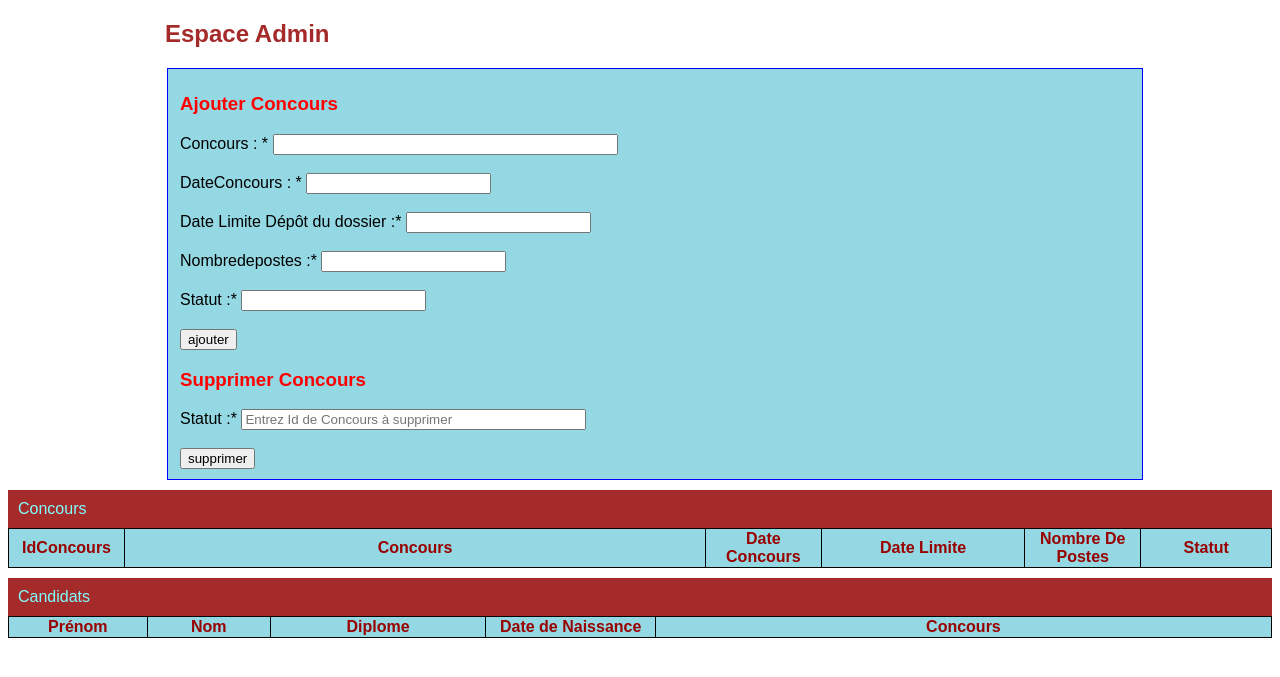
Repository: yahouari/Stage2019
Page: http://localhost/test/Gestion.jsp
The author's editor kept a copy of each file at every save. The page is drawn from the files as they stood at one save, then again after the next save.
The browser window is 1280 px wide. The pictures show the whole page.
The page is served by Tomcat 9. Queries for data that is not in the repository find no rows.

Above is the page before, as saved 2019-07-31 09:23:57.

After the next save:
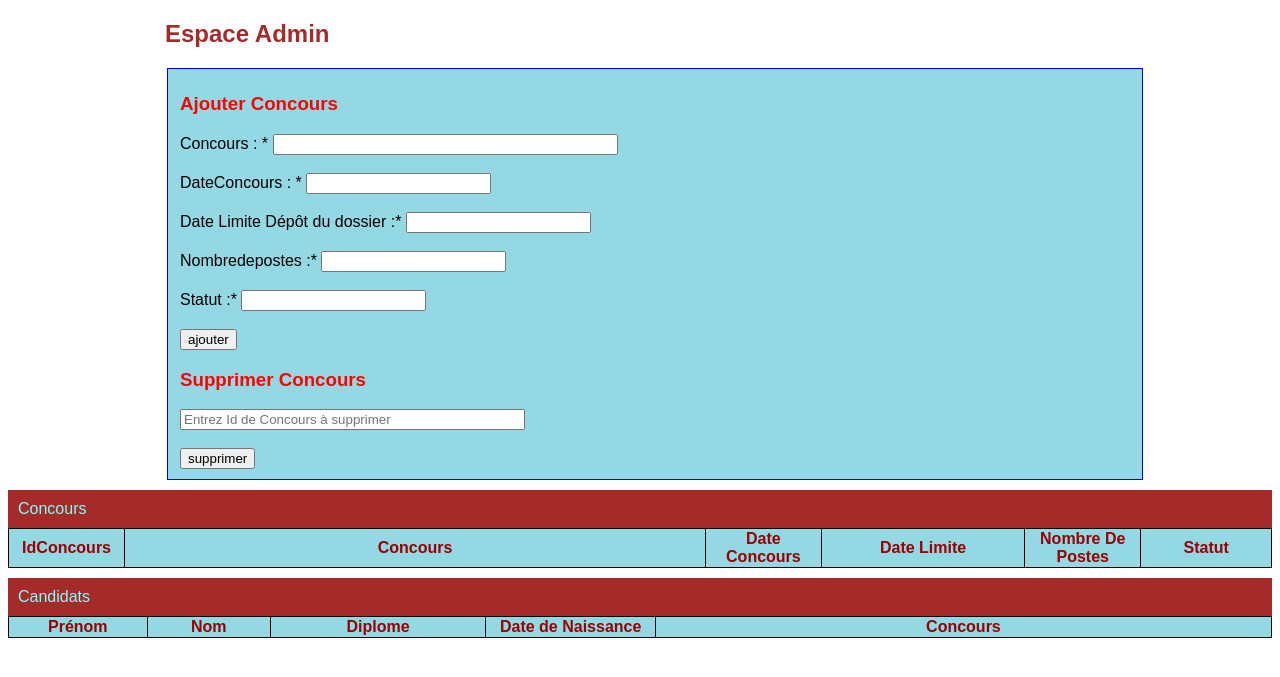
Saved 88 s later.
--- a/test/WebContent/Gestion.jsp
+++ b/test/WebContent/Gestion.jsp
@@ -45,7 +45,6 @@
               <form method="get" action="SuppressionServlet">
 
               <h3> Supprimer Concours</h3>
-              <label for="supprimer">Statut :<span class="requis">*</span></label>
               <input type="Idg" id="Idg" name="Idg" value="" size="40" maxlength="40" placeholder="Entrez Id de Concours à supprimer" />
               <br />
               <br />
